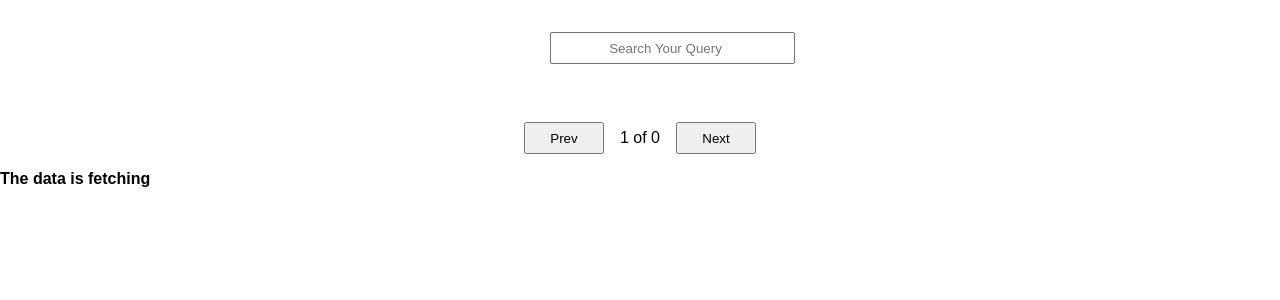
Repository: suraj-yadav7/TechNews
Page: /
These files come from the project's save history. The page is drawn as it stood at one moment and after the next save; the edit follows.
The browser window is 1280 px wide. The pictures show the whole page.
The page's requests for data from a server got no answer. The project was rebuilt for these pictures with package versions that can differ from the ones it lists, and the page was loaded fresh each time. No one was signed in, and anything a server would have sent is missing.

Above is the page before, as saved 2023-04-28 10:06:55.

After the next save:
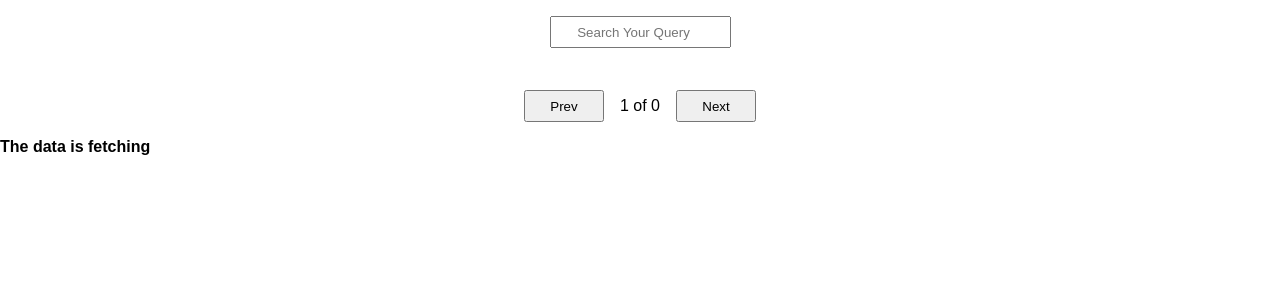
Saved 9 s later.
--- a/src/App.css
+++ b/src/App.css
@@ -43,7 +43,7 @@
   gap:10px
 }
 .searchInput{
-  margin: 2rem;
+  margin: 1rem 0;
   width: 100%;
   height: 2rem;
   text-align: center;
